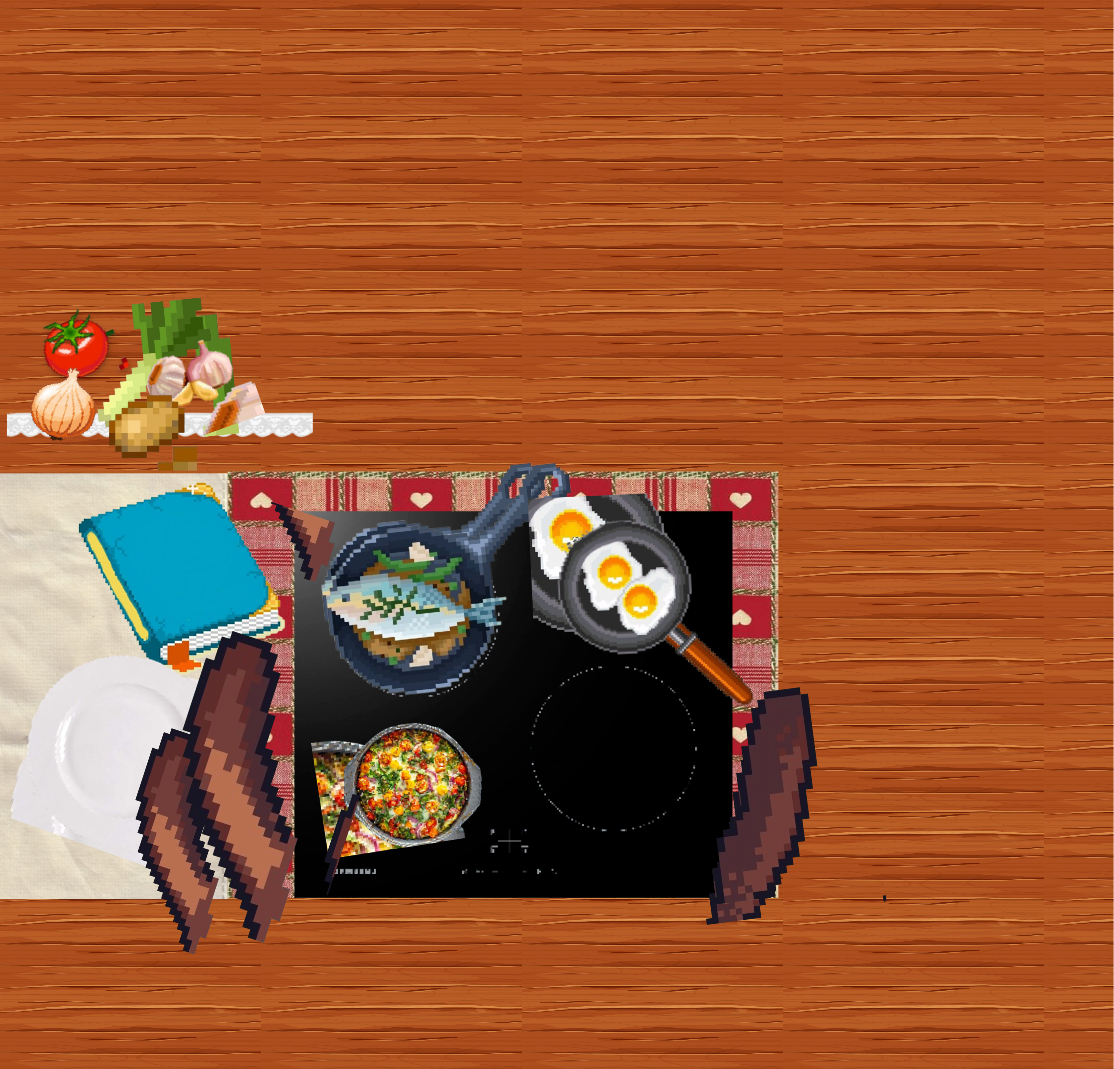
Repository: AJamdonuts/ToddyTalks
Page: playingaround2/pages/chefsujin.html
These files come from the project's save history. The page is drawn as it stood at one moment and after the next save; the edit follows.
The browser window is 1280 px wide. The pictures show the whole page, at 87% of full size.

Above is the page before, as saved 2025-11-26 20:29:14.

### playingaround2/pages/chefsujin.html
<!DOCTYPE html>
<html>
<head>
    <meta charset="UTF-8">
    <meta name="viewport" content="width=device-width, initial-scale=1">
    <link href="/playingaround2/styles/chefsujin.css" rel="stylesheet">
    <script src="/playingaround2/javascript/chefsujin.js" defer></script>
    <title>Chef Sujin</title>
    <link rel="icon" type="image/x-icon" href="/playingaround2/images/favicon.ico">
</head>
<body>
    <div class="canvas">
        <img src="/playingaround2/images/09362b8ce39beb85f830c3373e6b392c-removebg-preview.png" alt="Chef Sujin Banner" class="chef-sujin-banner">
        <img src="/playingaround2/images/b41e50d46e26e9463ce130b2da7a46aa.jpg" class="creamtexture">
        <img src="/playingaround2/images/check table cloth.jpg" class="checktablecloth">
        <img src="/playingaround2/images/pxArt-2.png" class="hob">
        <img src="/playingaround2/images/pixil-frame-0-removebg-preview 1.png" class="recipebook">
        <img src="/playingaround2/images/fishpan.png" class="fishpan">
        <img src="/playingaround2/images/leek-removebg-preview.png" class="leek">
        <img src="/playingaround2/images/garlic-removebg-preview.png" class="garlic">
        <img src="/playingaround2/images/d95fa1e62c663504736614e026fc4862-removebg-preview.png" class="potato">
        <img src="/playingaround2/images/pixil-frame-0-removebg-preview.png" class="eggpan" >
        <img src="/playingaround2/images/pxArt-2-removebg-preview.png" class="vegpan">
        <img src="/playingaround2/images/pxArt-removebg-preview.png" class="plate">
        <img src="/playingaround2/images/tomato-removebg-preview.png" class="tomato">
        <img src="/playingaround2/images/onion-removebg-preview.png" class="onion">
        <img src="/playingaround2/images/IMG_0236_2-removebg-preview.png" class="beararm1" >
        <img src="/playingaround2/images/IMG_0236-removebg-preview.png" class="beararm2" >
    </div>

</body>
</html>

### playingaround2/styles/chefsujin.css


/* Add a main container to hold all your absolutely positioned elements */
.canvas {
    position: relative;
    max-width: 1440px;
    max-height: 1024px;
    width: 100%;
    height: 100%;
    transform-origin: bottom left;
    transform: scale(var(--scale-factor, 1));
}

/* Use Flexbox on the body to center the .canvas element when it hits the max size */
body {
    display: flex;
    justify-content: center; /* horizontally center canvas */
    align-items: flex-end;   /* vertically position canvas as needed */

    background-image: url('/playingaround2/images/kitchencounter.jpg');
    background-repeat: repeat;      /* repeat the image */
    background-size: 300px 100px;   /* set width and height for each tile */
    background-position: top left;  /* start tiling from top-left */
    background-attachment: scroll;  /* moves with page */
    background-color: #ffffff;      /* fallback color */
}

.tomato {
    position: absolute;
    width: 133.75px;
    height: 133.75px;
    left: 45.02px;
    top: 55.06px;
    background: url(tomato-removebg-preview.png);
    filter: drop-shadow(0px 4px 4px rgba(0, 0, 0, 0.25));
    border-radius: 4px;
    transform: rotate(-24.58deg);
}

.potato {
    position: absolute;
    width: 165px;
    height: 165px;
    left: 146px;
    top: 161px;
    background: url(d95fa1e62c663504736614e026fc4862-removebg-preview.png);
}

.leek {
    position: absolute;
    width: 257.96px;
    height: 257.96px;
    left: 109.95px;
    top: 20px;
    background: url(leek-removebg-preview.png);
    transform: rotate(-5.62deg);
}

.garlic {
    position: absolute;
    width: 194.8px;
    height: 194.8px;
    left: 200.62px;
    top: 74.87px;
    background: url(garlic-removebg-preview.png);
    transform: rotate(-19.27deg);
}

.onion {
    position: absolute;
    width: 126.18px;
    height: 144.28px;
    left: 32px;
    top: 145.3px;
    background: url(onion-removebg-preview.png);
    transform: rotate(17.63deg);
    }

.recipebook {
    position: absolute;
    width: 392px;
    height: 392px;
    left: 90px;
    top: 302px;
}

.plate {
    position: absolute;
    width: 334.76px;
    height: 332.75px;
    left: 22px;
    top: 616px;
    background: url(pxArt-removebg-preview.png);
    transform: rotate(19.64deg);
}

.beararm1 {
    position: absolute;
    width: 448.49px;
    height: 883.17px;
    left: 132px;
    top: 374px;
    background: url(IMG_0236_2-removebg-preview.png);
    transform: matrix(0.95, 0.31, 0.31, -0.95, 0, 0);
}

.beararm2 {
    position: absolute;
    width: 348.8px;
    height: 764.5px;
    left: 1062px;
    top: 450px;
    background: url(IMG_0236-removebg-preview.png);
    transform: matrix(0.99, -0.13, -0.13, -0.99, 0, 0);
}

.fishpan {
    position: absolute;
    width: 546.95px;
    height: 546.95px;
    left: 460px;
    top: 280px;
    background: url(fishpan.png);
    transform: rotate(-6.22deg);
}

.eggpan {
    position: absolute;
    width: 396px;
    height: 396px;
    left: 860px;
    top: 362.44px;
    background: url(pixil-frame-0-removebg-preview.png);
    transform: rotate(177.33deg);
}

.vegpan {
    position: absolute;
    width: 207px;
    height: 310px;
    left: 560px;
    top: 680px;
    background: url(pxArt-2-removebg-preview.png);
    transform: rotate(81.24deg);
}

.hob {
    position: absolute;
    width: 716px;
    height: 632px;
    left: 470px;
    top: 392px;
    background: url(pxArt-2.png);
}

.creamtexture {
    position: absolute;
    width: 476px;
    height: 696px;
    left: -115px;
    top: 330px;
    background: url(b41e50d46e26e9463ce130b2da7a46aa.jpg);
}

.checktablecloth {
    position: absolute;
    width: 900px;
    height: 697px;
    left: 361px;
    top: 327px;
}

### playingaround2/javascript/chefsujin.js
function calculateScaleFactor() {
    // Define the original design dimensions
    const DESIGN_WIDTH = 1440;
    const DESIGN_HEIGHT = 1024;

    // Get the current viewport dimensions
    const viewportWidth = window.innerWidth;
    const viewportHeight = window.innerHeight;

    // Calculate the scale factor for both dimensions
    const widthScale = viewportWidth / DESIGN_WIDTH;
    const heightScale = viewportHeight / DESIGN_HEIGHT;

    // Use the smaller scale factor to ensure everything fits inside the window
    const scaleFactor = Math.min(widthScale, heightScale);

    // Get the .canvas element
    const canvas = document.querySelector('.canvas');

    // Apply the scale factor as a CSS variable
    if (canvas) {
        // If the viewport is larger than the design max, don't scale up past 1
        const finalScale = Math.min(scaleFactor, 1);
        canvas.style.setProperty('--scale-factor', finalScale);

        // Additionally, set the fixed width/height so the centering works correctly
        canvas.style.width = `${DESIGN_WIDTH}px`;
        canvas.style.height = `${DESIGN_HEIGHT}px`;
    }
}

// Run on load and on every window resize
window.addEventListener('resize', calculateScaleFactor);
document.addEventListener('DOMContentLoaded', calculateScaleFactor);

After the next save:
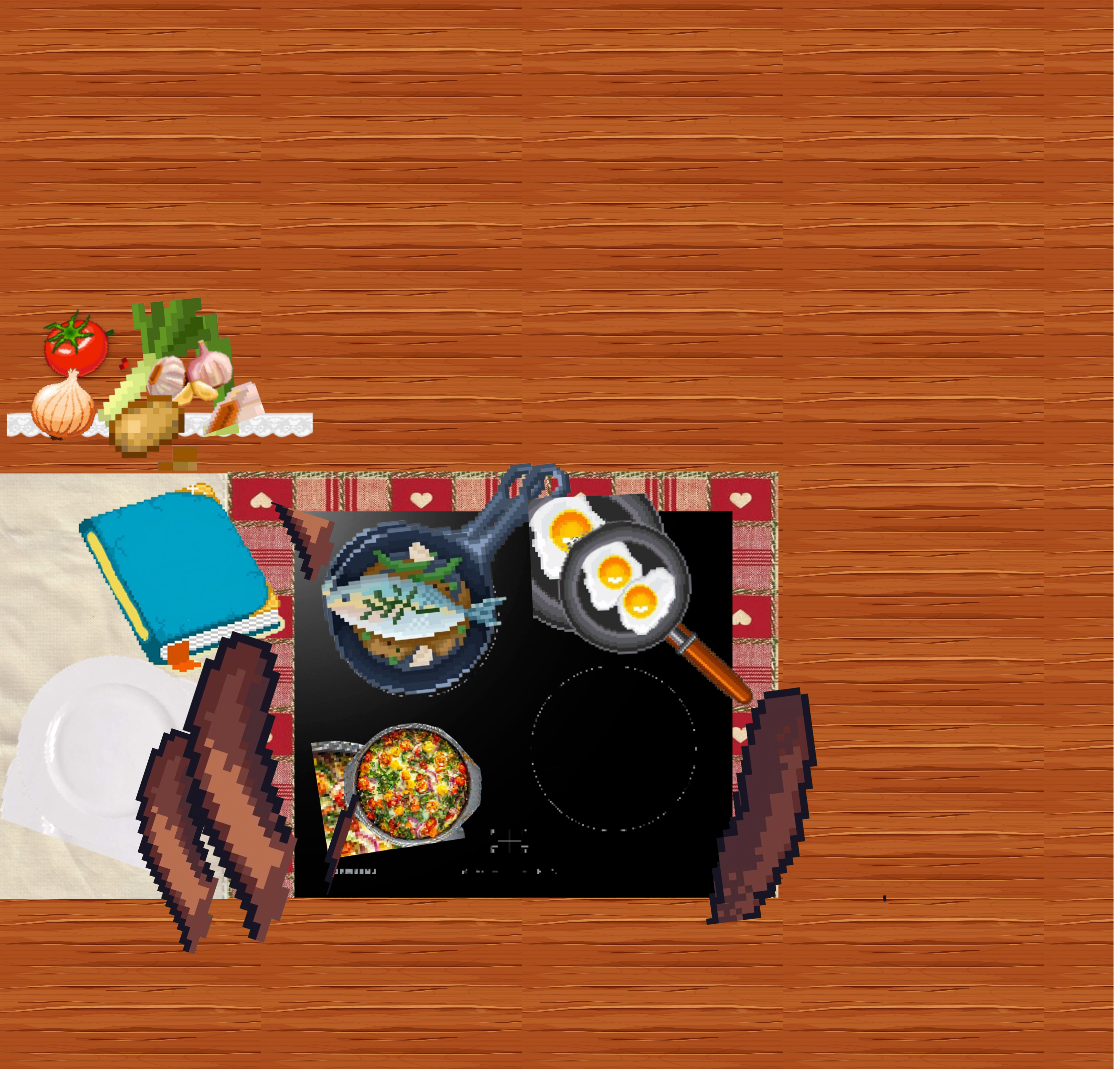
Saved 35 s later.
--- a/playingaround2/styles/chefsujin.css
+++ b/playingaround2/styles/chefsujin.css
@@ -88,7 +88,7 @@ body {
     position: absolute;
     width: 334.76px;
     height: 332.75px;
-    left: 22px;
+    left: 5px;
     top: 616px;
     background: url(pxArt-removebg-preview.png);
     transform: rotate(19.64deg);
